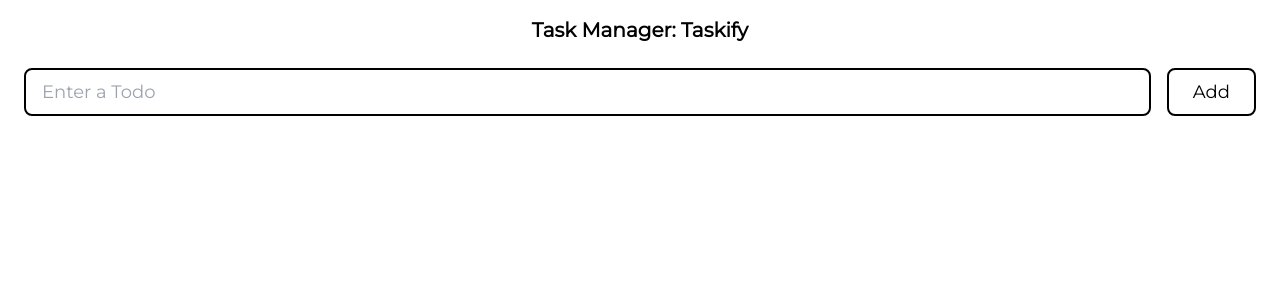
Repository: Dineshbhandari2023/Todo
Page: /
The author's editor kept a copy of each file at every save. The page is drawn from the files as they stood at one save, then again after the next save.
The browser window is 1280 px wide. The pictures show the whole page.
Some web fonts or font styles are not loaded; a fallback is used. The project was rebuilt for these pictures with package versions that can differ from the ones it lists, and the page was loaded fresh each time.

Above is the page before, as saved 2025-06-18 22:34:31.

### src/App.tsx
import React from "react";
import "./App.css";
import InputFields from "./Components/InputFields";

// //Learning Types
// let name: string;
// let age: number;
// let hobbies: string[];
// let role: [number, number, string];

// // Objects Can be defined using: types or interface
// type Animal = {
//   name: string;
//   age: number;
//   color?: string;
// };

// let myAnimal: Animal = {
//   name: "Dog",
//   age: 3,
//   color: "Brown",
// };

// let Animals: Animal[];

// //defining function in ts
// function printAnything(Animal: string) {
//   console.log(Animal);
// }

// printAnything("DOG");

function App() {
  return (
    <div className="App">
      <h1 className="font-bold text-xl mt-4">Task Manager: Taskify</h1>
      <InputFields />
    </div>
  );
}

export default App;

### src/App.css
@import url("https://fonts.googleapis.com/css2?family=Montserrat:ital@0;1&family=Savate:ital,wght@0,200..900;1,200..900&display=swap");

.App {
  text-align: center;
  font-family: "Montserrat", sans-serif;
}

### src/Components/InputFields.tsx
import React from "react";

const InputFields = () => {
  return (
    <div className="flex gap-4 m-6">
      <input
        type="text"
        placeholder="Enter a Todo"
        className="flex-1 px-4 py-2 border-2 border-black rounded-lg text-lg focus:outline-none focus:ring-2 focus:ring-blue-500"
      />
      <button className="px-6 py-2 bg-white border-2 border-black rounded-lg text-lg font-medium hover:bg-gray-50 focus:outline-none focus:ring-2 focus:ring-blue-500">
        Add
      </button>
    </div>
  );
};

export default InputFields;

Loaded but not shown: public/index.html (common file); src/index.tsx (common file); src/index.css (common file); tailwind.config.js (common file)

After the next save:
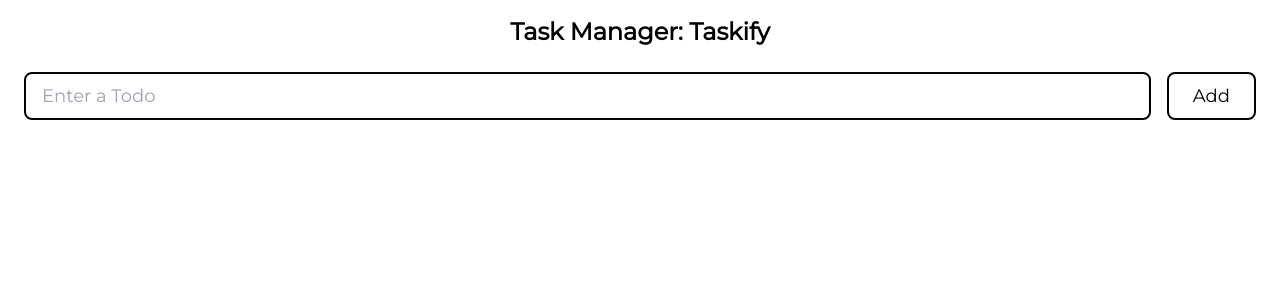
Saved 5 s later.
--- a/src/App.tsx
+++ b/src/App.tsx
@@ -33,7 +33,7 @@ import InputFields from "./Components/InputFields";
 function App() {
   return (
     <div className="App">
-      <h1 className="font-bold text-xl mt-4">Task Manager: Taskify</h1>
+      <h1 className="font-bold text-2xl mt-4">Task Manager: Taskify</h1>
       <InputFields />
     </div>
   );
